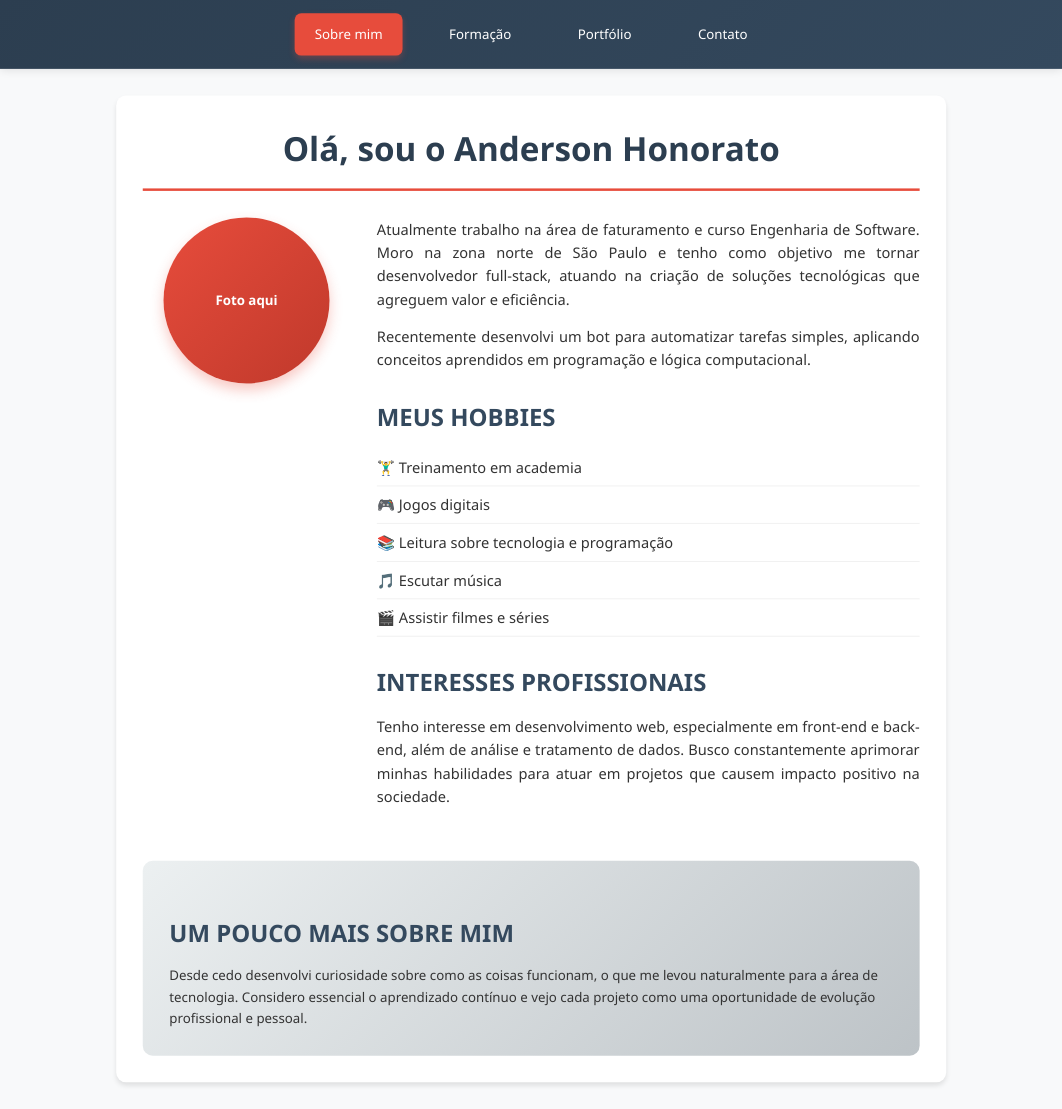
Repository: AnderHonorato/meu-portfolio
Page: index.html
These files come from the project's save history. The page is drawn as it stood at one moment and after the next save; the edit follows.
The browser window is 1280 px wide. The pictures show the whole page, at 83% of full size.

Above is the page before, as saved 2025-08-26 19:55:01.

### index.html
<!DOCTYPE html>
<html lang="pt-br">
<head>
    <meta charset="UTF-8">
    <meta name="viewport" content="width=device-width, initial-scale=1.0">
    <title>Anderson Honorato - Portfólio</title>
    <link rel="stylesheet" href="css/style.css">
</head>
<body>
    <!-- Menu de navegação principal -->
    <nav class="menu">
        <ul>
            <li><a href="index.html" class="ativo">Sobre mim</a></li>
            <li><a href="formacao.html">Formação</a></li>
            <li><a href="portfolio.html">Portfólio</a></li>
            <li><a href="contato.html">Contato</a></li>
        </ul>
    </nav>

<!-- CONTEÚDO PRINCIPAL DA PÁGINA -->
<main class="conteudo">
    <h1>Olá, sou o Anderson Honorato</h1>

    <div class="sobre-container">
        <!-- SEÇÃO DA FOTO DE PERFIL -->
        <div class="foto-perfil">
            <div class="placeholder-foto">
                <p>Foto aqui</p>
            </div>
        </div>

        <!-- SEÇÃO DE INFORMAÇÕES PESSOAIS -->
        <div class="texto-sobre">
            <p>Atualmente trabalho na área de faturamento e curso Engenharia de Software. Moro na zona norte de São Paulo e tenho como objetivo me tornar desenvolvedor full-stack, atuando na criação de soluções tecnológicas que agreguem valor e eficiência.</p>

            <p>Recentemente desenvolvi um bot para automatizar tarefas simples, aplicando conceitos aprendidos em programação e lógica computacional.</p>

            <h2>MEUS HOBBIES</h2>
            <ul class="lista-hobbies">
                <li>🏋️‍♂️ Treinamento em academia</li>
                <li>🎮 Jogos digitais</li>
                <li>📚 Leitura sobre tecnologia e programação</li>
                <li>🎵 Escutar música</li>
                <li>🎬 Assistir filmes e séries</li>
            </ul>

            <h2>INTERESSES PROFISSIONAIS</h2>
            <p>Tenho interesse em desenvolvimento web, especialmente em front-end e back-end, além de análise e tratamento de dados. Busco constantemente aprimorar minhas habilidades para atuar em projetos que causem impacto positivo na sociedade.</p>
        </div>
    </div>

    <!-- SEÇÃO ADICIONAL DE INFORMAÇÕES -->
    <div class="info-adicional">
        <h2>UM POUCO MAIS SOBRE MIM</h2>
        <p>Desde cedo desenvolvi curiosidade sobre como as coisas funcionam, o que me levou naturalmente para a área de tecnologia. Considero essencial o aprendizado contínuo e vejo cada projeto como uma oportunidade de evolução profissional e pessoal.</p>
    </div>
</main>

</body>
</html>

### css/style.css
/* Reset básico e configurações globais */
* {
    margin: 0;
    padding: 0;
    box-sizing: border-box;
}

/* Configurações do corpo da página */
body {
    font-family: 'Segoe UI', Tahoma, Geneva, Verdana, sans-serif;
    line-height: 1.6;
    color: #333;
    background-color: #f8f9fa;
}

/* Menu de navegação - SEMPRE VISÍVEL */
.menu {
    background: linear-gradient(135deg, #2c3e50, #34495e);
    padding: 1rem 0;
    position: sticky; /* Menu fica fixo no topo ao rolar */
    top: 0;
    z-index: 1000; /* Garante que fica por cima de outros elementos */
    box-shadow: 0 2px 10px rgba(0,0,0,0.1);
}

.menu ul {
    list-style: none;
    display: flex;
    justify-content: center;
    gap: 2rem;
    max-width: 1200px;
    margin: 0 auto;
    padding: 0 1rem;
}

.menu a {
    color: white;
    text-decoration: none;
    padding: 0.8rem 1.5rem;
    border-radius: 8px;
    transition: all 0.3s ease;
    display: block;
    font-weight: 500;
}

.menu a:hover {
    background-color: rgba(255, 255, 255, 0.1);
    transform: translateY(-2px);
}

.menu a.ativo {
    background-color: #e74c3c;
    box-shadow: 0 4px 8px rgba(231, 76, 60, 0.3);
}

/* Conteúdo principal */
.conteudo {
    max-width: 1000px;
    margin: 2rem auto;
    padding: 0 1rem;
    background-color: white;
    border-radius: 12px;
    box-shadow: 0 4px 6px rgba(0,0,0,0.1);
    padding: 2rem;
}

.conteudo h1 {
    color: #2c3e50;
    margin-bottom: 1.5rem;
    text-align: center;
    font-size: 2.5rem;
    border-bottom: 3px solid #e74c3c;
    padding-bottom: 1rem;
}

.conteudo h2 {
    color: #34495e;
    margin: 2rem 0 1rem 0;
    font-size: 1.8rem;
}

/* === ESTILOS PÁGINA SOBRE MIM === */
.sobre-container {
    display: grid;
    grid-template-columns: 250px 1fr;
    gap: 2rem;
    margin-top: 2rem;
}

.foto-perfil {
    text-align: center;
}

.placeholder-foto {
    width: 200px;
    height: 200px;
    border-radius: 50%;
    background: linear-gradient(135deg, #e74c3c, #c0392b);
    display: flex;
    align-items: center;
    justify-content: center;
    color: white;
    font-weight: bold;
    margin: 0 auto;
    box-shadow: 0 8px 16px rgba(231, 76, 60, 0.3);
}

.foto-perfil img {
    width: 200px;
    height: 200px;
    border-radius: 50%;
    object-fit: cover;
    box-shadow: 0 8px 16px rgba(0,0,0,0.2);
}

.texto-sobre {
    flex: 1;
}

.texto-sobre p {
    margin-bottom: 1rem;
    text-align: justify;
    font-size: 1.1rem;
}

.lista-hobbies {
    list-style: none;
    margin: 1rem 0;
}

.lista-hobbies li {
    padding: 0.5rem 0;
    font-size: 1.1rem;
    border-bottom: 1px solid #eee;
    transition: all 0.3s ease;
}

.lista-hobbies li:hover {
    background-color: #f8f9fa;
    padding-left: 1rem;
    border-left: 4px solid #e74c3c;
}

.info-adicional {
    margin-top: 3rem;
    padding: 2rem;
    background: linear-gradient(135deg, #ecf0f1, #bdc3c7);
    border-radius: 12px;
}

/* === ESTILOS PÁGINA FORMAÇÃO === */
.formacao-secao {
    margin-bottom: 3rem;
}

.item-formacao {
    background: linear-gradient(135deg, #f8f9fa, #e9ecef);
    padding: 2rem;
    border-radius: 12px;
    margin-bottom: 1.5rem;
    border-left: 5px solid #e74c3c;
    transition: transform 0.3s ease;
}

.item-formacao:hover {
    transform: translateY(-5px);
    box-shadow: 0 8px 16px rgba(0,0,0,0.1);
}

.item-formacao h3 {
    color: #2c3e50;
    margin-bottom: 1rem;
    font-size: 1.3rem;
}

.item-formacao p {
    margin-bottom: 0.5rem;
}

.lista-idiomas {
    list-style: none;
}

.lista-idiomas li {
    padding: 1rem 0;
    border-bottom: 1px solid #ddd;
}

.lista-idiomas li:last-child {
    border-bottom: none;
}

.nivel-idioma {
    margin-top: 0.5rem;
}

.barra-progresso {
    width: 100%;
    height: 8px;
    background-color: #ecf0f1;
    border-radius: 4px;
    overflow: hidden;
    margin: 0.5rem 0;
}

.progresso {
    height: 100%;
    background: linear-gradient(90deg, #e74c3c, #c0392b);
    transition: width 0.3s ease;
}

.descricao-nivel {
    font-size: 0.9rem;
    color: #7f8c8d;
    font-style: italic;
}

.proximos-estudos ul {
    list-style: none;
    display: grid;
    grid-template-columns: repeat(auto-fit, minmax(250px, 1fr));
    gap: 1rem;
}

.proximos-estudos li {
    background-color: #fff3cd;
    padding: 1rem;
    border-radius: 8px;
    border-left: 4px solid #ffc107;
    font-weight: 500;
}

/* === ESTILOS PÁGINA PORTFÓLIO === */
.intro-portfolio {
    text-align: center;
    font-size: 1.2rem;
    margin-bottom: 2rem;
    padding: 1rem;
    background-color: #f8f9fa;
    border-radius: 8px;
    border-left: 4px solid #e74c3c;
}

.projetos-grid {
    display: grid;
    grid-template-columns: repeat(auto-fit, minmax(350px, 1fr));
    gap: 2rem;
    margin-bottom: 3rem;
}

.projeto-item {
    background: linear-gradient(135deg, #ffffff, #f8f9fa);
    padding: 2rem;
    border-radius: 12px;
    box-shadow: 0 4px 8px rgba(0,0,0,0.1);
    transition: all 0.3s ease;
    border-top: 4px solid #e74c3c;
}

.projeto-item:hover {
    transform: translateY(-8px);
    box-shadow: 0 12px 24px rgba(0,0,0,0.15);
}

.projeto-item h3 {
    color: #2c3e50;
    margin-bottom: 1rem;
    font-size: 1.4rem;
}

.tags-projeto {
    margin-bottom: 1rem;
}

.tag {
    display: inline-block;
    background: linear-gradient(135deg, #e74c3c, #c0392b);
    color: white;
    padding: 0.3rem 0.8rem;
    border-radius: 20px;
    font-size: 0.8rem;
    margin-right: 0.5rem;
    font-weight: 500;
}

.projeto-detalhes {
    margin: 1rem 0;
    padding: 1rem;
    background-color: #f8f9fa;
    border-radius: 8px;
}

.projeto-detalhes p {
    margin-bottom: 0.5rem;
    font-size: 0.9rem;
}

.btn-projeto {
    display: inline-block;
    background: linear-gradient(135deg, #3498db, #2980b9);
    color: white;
    padding: 0.8rem 1.5rem;
    text-decoration: none;
    border-radius: 8px;
    transition: all 0.3s ease;
    font-weight: 500;
}

.btn-projeto:hover {
    transform: translateY(-2px);
    box-shadow: 0 4px 8px rgba(52, 152, 219, 0.3);
}

/* Habilidades técnicas */
.habilidades-secao {
    margin-top: 3rem;
    padding: 2rem;
    background: linear-gradient(135deg, #ecf0f1, #bdc3c7);
    border-radius: 12px;
}

.habilidades-grid {
    display: grid;
    grid-template-columns: repeat(auto-fit, minmax(250px, 1fr));
    gap: 1.5rem;
    margin-top: 1rem;
}

.habilidade-item {
    background-color: white;
    padding: 1.5rem;
    border-radius: 8px;
    box-shadow: 0 2px 4px rgba(0,0,0,0.1);
}

.habilidade-item h4 {
    color: #2c3e50;
    margin-bottom: 1rem;
    font-size: 1.1rem;
}

.nivel-habilidade {
    display: flex;
    align-items: center;
    gap: 1rem;
}

.barra-habilidade {
    flex: 1;
    height: 8px;
    background-color: #ecf0f1;
    border-radius: 4px;
    overflow: hidden;
}

.progresso-habilidade {
    height: 100%;
    background: linear-gradient(90deg, #27ae60, #2ecc71);
    transition: width 0.3s ease;
}

.estudos-atuais {
    margin-top: 2rem;
    padding: 2rem;
    background-color: #e8f5e8;
    border-radius: 12px;
    border-left: 5px solid #27ae60;
}

.lista-estudos {
    list-style: none;
    display: grid;
    grid-template-columns: repeat(auto-fit, minmax(300px, 1fr));
    gap: 1rem;
}

.lista-estudos li {
    padding: 1rem;
    background-color: white;
    border-radius: 8px;
    box-shadow: 0 2px 4px rgba(0,0,0,0.1);
    transition: transform 0.3s ease;
}

.lista-estudos li:hover {
    transform: translateX(10px);
}

/* === ESTILOS PÁGINA CONTATO === */
.intro-contato {
    text-align: center;
    font-size: 1.2rem;
    margin-bottom: 2rem;
    padding: 1rem;
    background: linear-gradient(135deg, #d4edda, #c3e6cb);
    border-radius: 8px;
    border-left: 4px solid #28a745;
}

.contato-container {
    display: grid;
    grid-template-columns: 2fr 1fr;
    gap: 3rem;
    margin-top: 2rem;
}

.formulario-contato {
    background-color: #f8f9fa;
    padding: 2rem;
    border-radius: 12px;
    box-shadow: 0 4px 8px rgba(0,0,0,0.1);
}

.formulario-contato h2 {
    color: #2c3e50;
    margin-bottom: 1.5rem;
    text-align: center;
}

.form-contato {
    display: flex;
    flex-direction: column;
    gap: 1.5rem;
}

.campo {
    display: flex;
    flex-direction: column;
}

.campo.checkbox {
    flex-direction: row;
    align-items: center;
    gap: 0.5rem;
}

.campo.checkbox input {
    width: auto;
}

.campo label {
    margin-bottom: 0.5rem;
    font-weight: 600;
    color: #2c3e50;
}

.campo input,
.campo textarea,
.campo select {
    padding: 0.8rem;
    border: 2px solid #ddd;
    border-radius: 8px;
    font-size: 1rem;
    transition: border-color 0.3s ease;
    font-family: inherit;
}

.campo input:focus,
.campo textarea:focus,
.campo select:focus {
    outline: none;
    border-color: #e74c3c;
    box-shadow: 0 0 0 3px rgba(231, 76, 60, 0.1);
}

.btn-enviar {
    background: linear-gradient(135deg, #e74c3c, #c0392b);
    color: white;
    padding: 1rem 2rem;
    border: none;
    border-radius: 8px;
    cursor: pointer;
    font-size: 1.1rem;
    font-weight: 600;
    transition: all 0.3s ease;
}

.btn-enviar:hover {
    transform: translateY(-2px);
    box-shadow: 0 4px 8px rgba(231, 76, 60, 0.3);
}

.mensagem-retorno {
    margin-top: 1rem;
    padding: 1rem;
    background-color: #d4edda;
    border: 1px solid #c3e6cb;
    border-radius: 8px;
    color: #155724;
    text-align: center;
    font-weight: 500;
}

/* Informações de contato */
.info-contato {
    background-color: white;
    padding: 2rem;
    border-radius: 12px;
    box-shadow: 0 4px 8px rgba(0,0,0,0.1);
    height: fit-content;
}

.info-contato h2 {
    color: #2c3e50;
    margin-bottom: 1.5rem;
    text-align: center;
}

.contato-item {
    margin-bottom: 2rem;
    padding: 1rem;
    background-color: #f8f9fa;
    border-radius: 8px;
    border-left: 4px solid #3498db;
}

.contato-item h3 {
    color: #2c3e50;
    margin-bottom: 0.5rem;
    font-size: 1.1rem;
}

.contato-item p {
    font-weight: 600;
    color: #34495e;
    margin-bottom: 0.3rem;
}

.contato-item small {
    color: #7f8c8d;
    font-style: italic;
}

.disponibilidade {
    padding: 1rem;
    background: linear-gradient(135deg, #fff3cd, #ffeaa7);
    border-radius: 8px;
    border-left: 4px solid #ffc107;
}

.disponibilidade h3 {
    color: #2c3e50;
    margin-bottom: 1rem;
}

.disponibilidade ul {
    list-style: none;
}

.disponibilidade li {
    padding: 0.3rem 0;
    color: #856404;
}

/* Dicas de contato */
.dicas-contato {
    margin-top: 3rem;
    padding: 2rem;
    background: linear-gradient(135deg, #e8f4fd, #d1ecf1);
    border-radius: 12px;
}

.dicas-grid {
    display: grid;
    grid-template-columns: repeat(auto-fit, minmax(250px, 1fr));
    gap: 1.5rem;
    margin-top: 1rem;
}

.dica-item {
    background-color: white;
    padding: 1.5rem;
    border-radius: 8px;
    box-shadow: 0 2px 4px rgba(0,0,0,0.1);
    transition: transform 0.3s ease;
}

.dica-item:hover {
    transform: translateY(-5px);
}

.dica-item h4 {
    color: #2c3e50;
    margin-bottom: 1rem;
}

.dica-item p {
    color: #34495e;
    font-size: 0.9rem;
}

/* === RESPONSIVIDADE === */
@media (max-width: 768px) {
    /* Menu responsivo */
    .menu ul {
        flex-wrap: wrap;
        gap: 0.5rem;
        justify-content: center;
    }

    .menu a {
        padding: 0.6rem 1rem;
        font-size: 0.9rem;
    }

    /* Conteúdo */
    .conteudo {
        margin: 1rem;
        padding: 1.5rem;
    }

    .conteudo h1 {
        font-size: 2rem;
    }

    /* Sobre mim responsivo */
    .sobre-container {
        grid-template-columns: 1fr;
        text-align: center;
        gap: 1.5rem;
    }

    /* Formação responsiva */
    .item-formacao {
        padding: 1.5rem;
    }

    /* Portfólio responsivo */
    .projetos-grid {
        grid-template-columns: 1fr;
        gap: 1.5rem;
    }

    .habilidades-grid {
        grid-template-columns: 1fr;
    }

    /* Contato responsivo */
    .contato-container {
        grid-template-columns: 1fr;
        gap: 2rem;
    }

    .dicas-grid {
        grid-template-columns: 1fr;
    }
}

@media (max-width: 480px) {
    .conteudo {
        padding: 1rem;
    }

    .conteudo h1 {
        font-size: 1.8rem;
    }

    .menu ul {
        flex-direction: column;
        gap: 0.3rem;
    }

    .projeto-item,
    .item-formacao,
    .formulario-contato {
        padding: 1rem;
    }
}

/* Animações e efeitos especiais */
@keyframes slideInUp {
    from {
        opacity: 0;
        transform: translateY(30px);
    }
    to {
        opacity: 1;
        transform: translateY(0);
    }
}

.conteudo {
    animation: slideInUp 0.6s ease-out;
}

/* Scroll suave */
html {
    scroll-behavior: smooth;
}

After the next save:
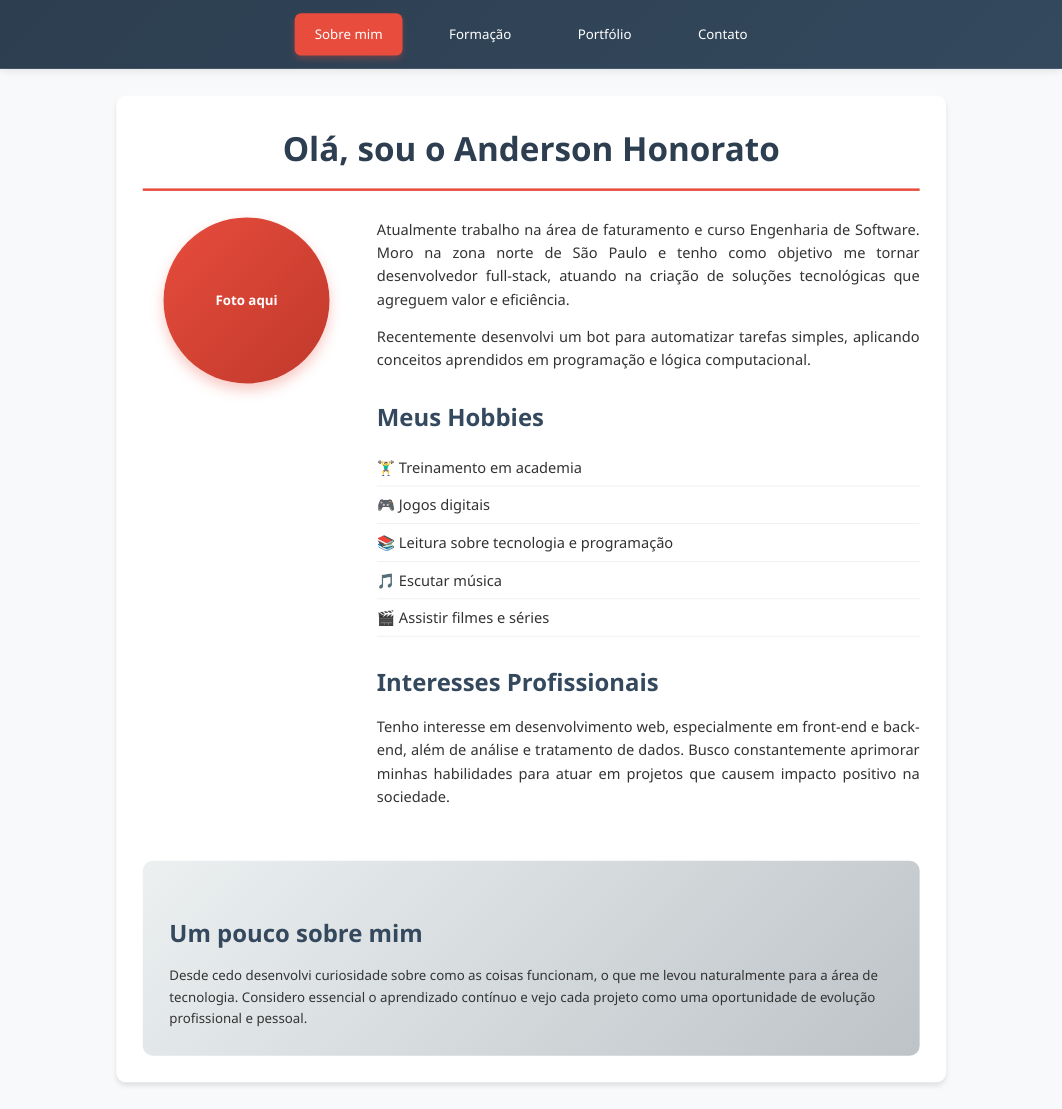
Saved 36 s later.
--- a/index.html
+++ b/index.html
@@ -35,7 +35,7 @@
 
             <p>Recentemente desenvolvi um bot para automatizar tarefas simples, aplicando conceitos aprendidos em programação e lógica computacional.</p>
 
-            <h2>MEUS HOBBIES</h2>
+            <h2>Meus Hobbies</h2>
             <ul class="lista-hobbies">
                 <li>🏋️‍♂️ Treinamento em academia</li>
                 <li>🎮 Jogos digitais</li>
@@ -44,14 +44,14 @@
                 <li>🎬 Assistir filmes e séries</li>
             </ul>
 
-            <h2>INTERESSES PROFISSIONAIS</h2>
+            <h2>Interesses Profissionais</h2>
             <p>Tenho interesse em desenvolvimento web, especialmente em front-end e back-end, além de análise e tratamento de dados. Busco constantemente aprimorar minhas habilidades para atuar em projetos que causem impacto positivo na sociedade.</p>
         </div>
     </div>
 
     <!-- SEÇÃO ADICIONAL DE INFORMAÇÕES -->
     <div class="info-adicional">
-        <h2>UM POUCO MAIS SOBRE MIM</h2>
+        <h2>Um pouco sobre mim</h2>
         <p>Desde cedo desenvolvi curiosidade sobre como as coisas funcionam, o que me levou naturalmente para a área de tecnologia. Considero essencial o aprendizado contínuo e vejo cada projeto como uma oportunidade de evolução profissional e pessoal.</p>
     </div>
 </main>
